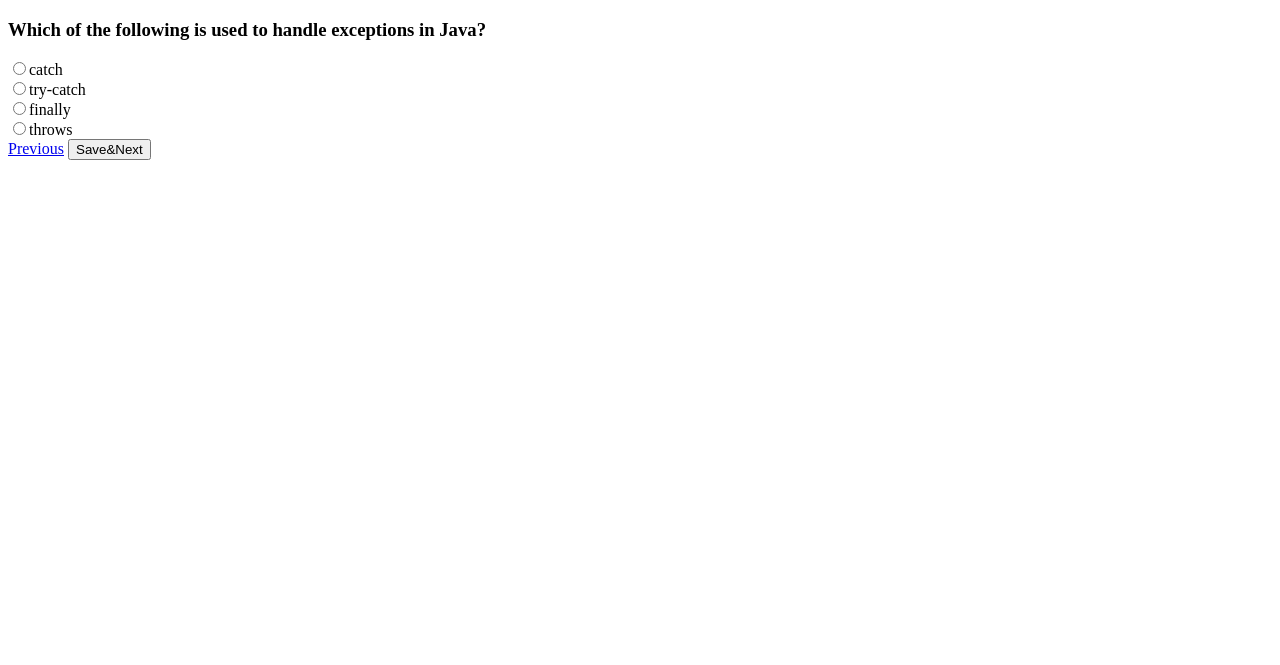
Repository: Rupali-8062Chourasiya5279/Internship_Task_Rupali
Page: Programming Language/quiz/QuizApp/src/main/webapp/First.html
An editor plug-in stored every save of this project. The page is shown before and after the next save, followed by the edit.
The browser window is 1280 px wide. The pictures show the whole page.

Above is the page before, as saved 2025-01-24 13:32:53.

### Programming Language/quiz/QuizApp/src/main/webapp/First.html
<!DOCTYPE html>
<html>
<head>
<meta charset="UTF-8">
<title>Que1</title>
<style>
#div1
{
background-color: white;
}
</style>
</head>
<body>
	<form action="First">
	<div id="div1">
	<h3>Which of the following is used to handle exceptions in Java?</h3>
	<input type="radio" name="q1" value="catch">catch</input><br>
	<input type="radio" name="q1" value="try-catch">try-catch</input><br>
	<input type="radio" name="q1" value="finally">finally</input><br>
	<input type="radio" name="q1" value="throws">throws</input><br>
	<a href="rules.html">Previous</a>
	<input type="submit" value="Save&Next">
	</div>
	</form>
</body>
</html>

After the next save:
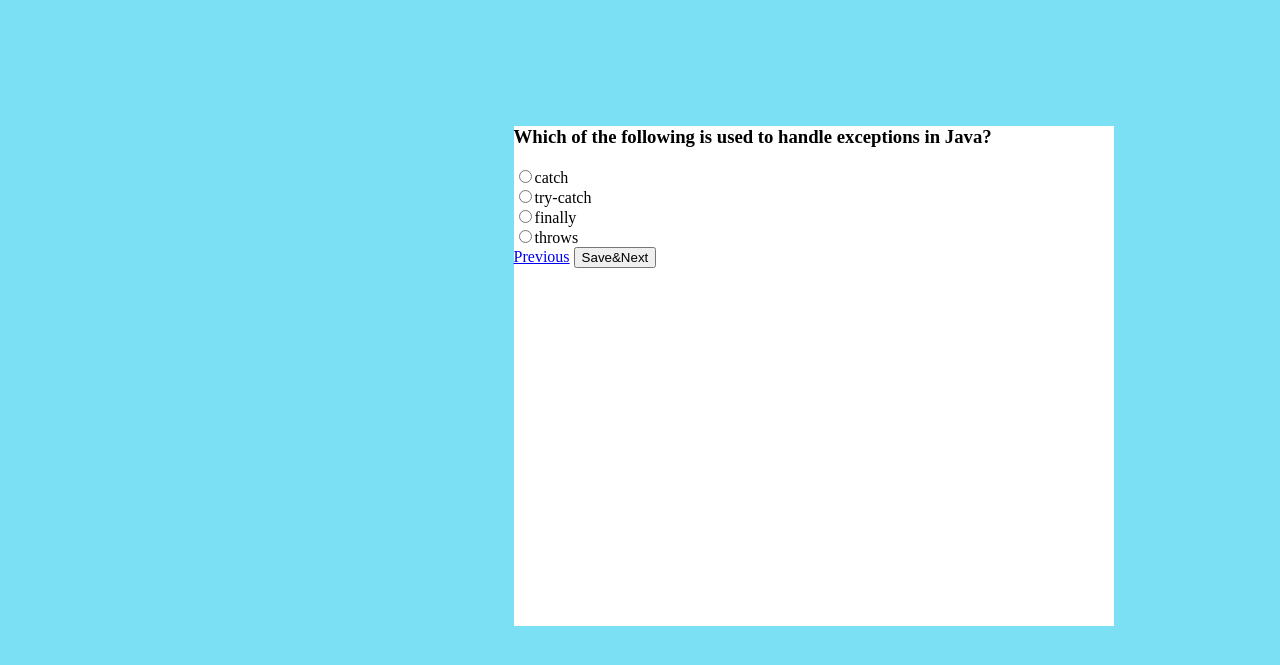
Saved 66 s later.
--- a/Programming Language/quiz/QuizApp/src/main/webapp/First.html
+++ b/Programming Language/quiz/QuizApp/src/main/webapp/First.html
@@ -4,9 +4,17 @@
 <meta charset="UTF-8">
 <title>Que1</title>
 <style>
+body
+{
+background-color: #7ce0f4;
+}
 #div1
 {
 background-color: white;
+height :500px ;
+width : 600px;
+margin-left: 40%;
+margin-top: 10%;
 }
 </style>
 </head>
